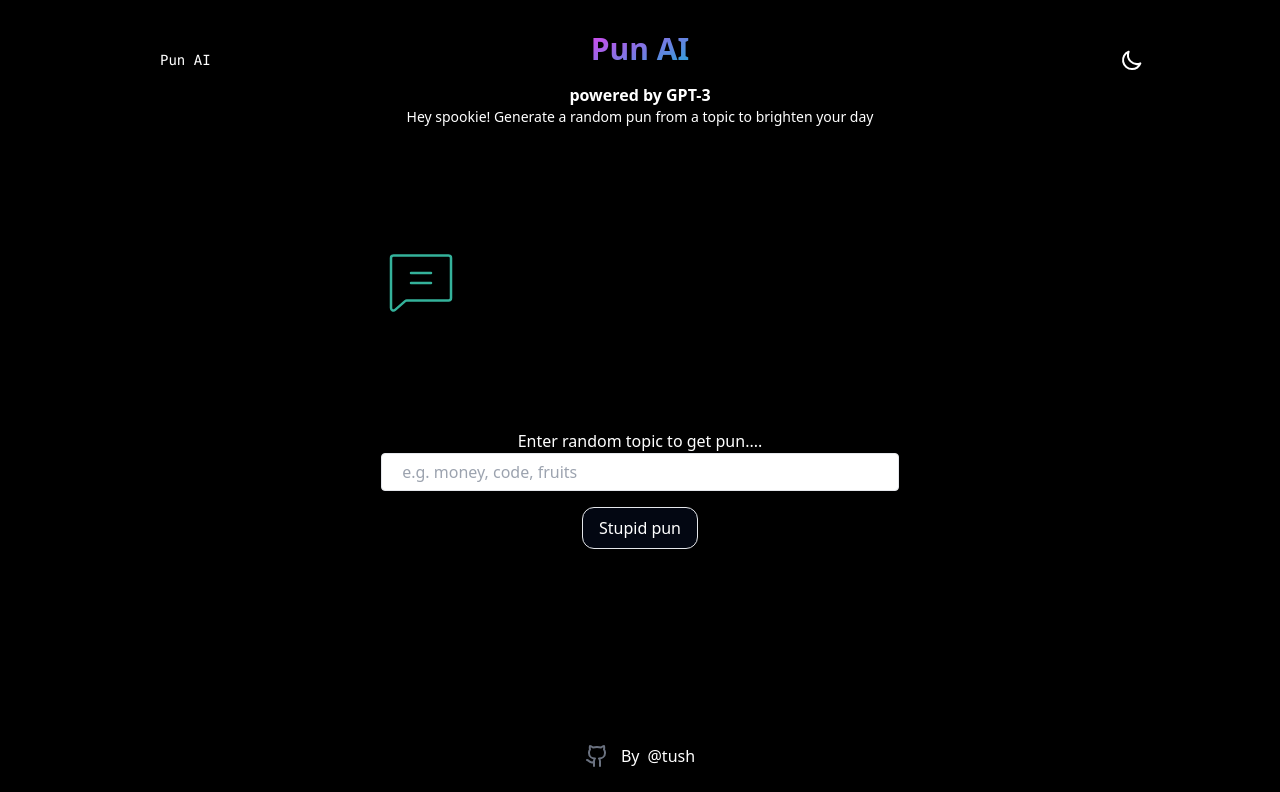
Repository: tushcmd/next-puns-ai
Page: /
An editor plug-in stored every save of this project. The page is shown before and after the next save, followed by the edit.
The browser window is 1280 px wide. The pictures show the whole page.
The project was rebuilt for these pictures with package versions that can differ from the ones it lists, and the page was loaded fresh each time. The framework's server and built-in components were replaced by stand-ins that run in the browser. Also part of the build but not shown: next.config.mjs, app/components/Spinner.tsx.

Above is the page before, as saved 2024-03-08 06:30:16.

After the next save:
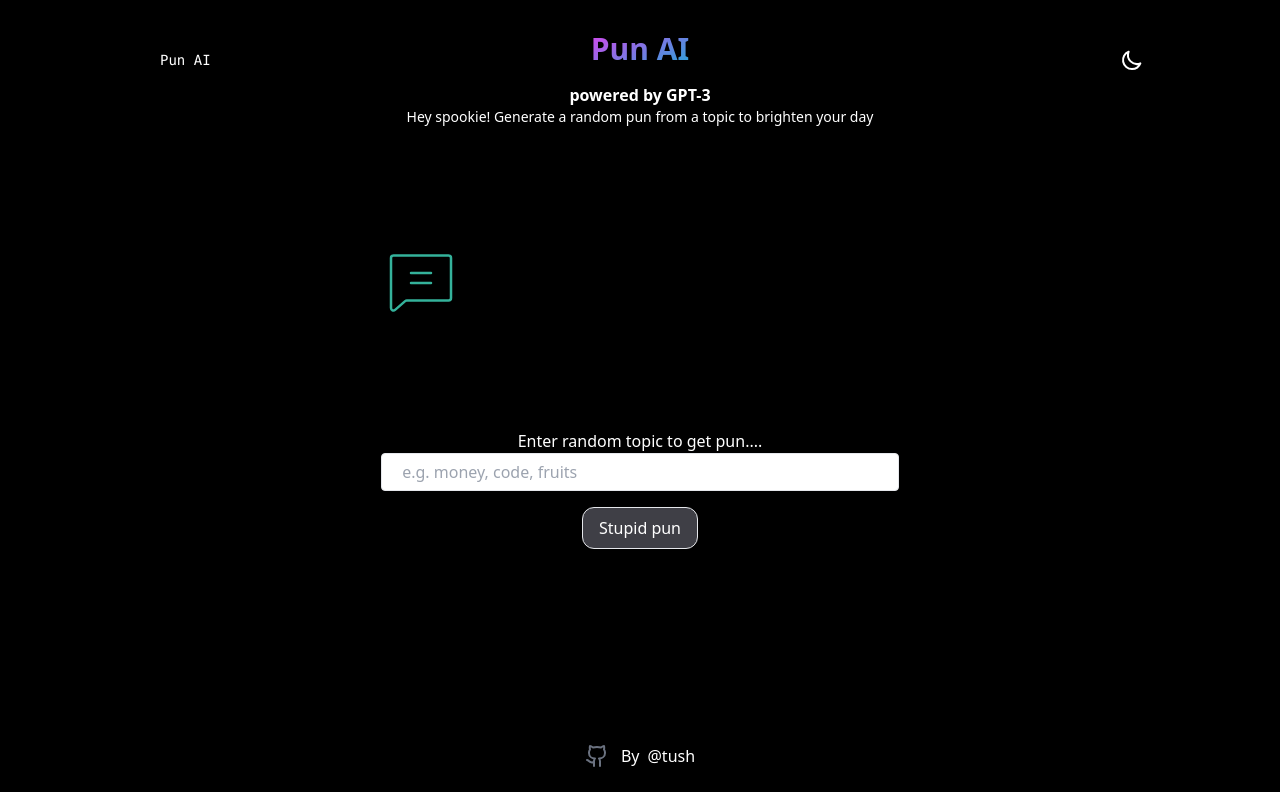
Saved 83 s later.
--- a/app/components/hero.tsx
+++ b/app/components/hero.tsx
@@ -59,7 +59,7 @@
                         placeholder="e.g. money, code, fruits">
                     </input>
                 </div>
-                <button type='submit' className='mb-3 border static rounded-xl bg-gray-950 py-2 px-4 hover:bg-zinc-400 dark:bg-white' disabled={punLoading}>
+                <button type='submit' className='mb-3 border static rounded-xl bg-zinc-700 py-2 px-4 hover:bg-zinc-400 dark:bg-white' disabled={punLoading}>
                     Stupid pun
                 </button>
             </form>
